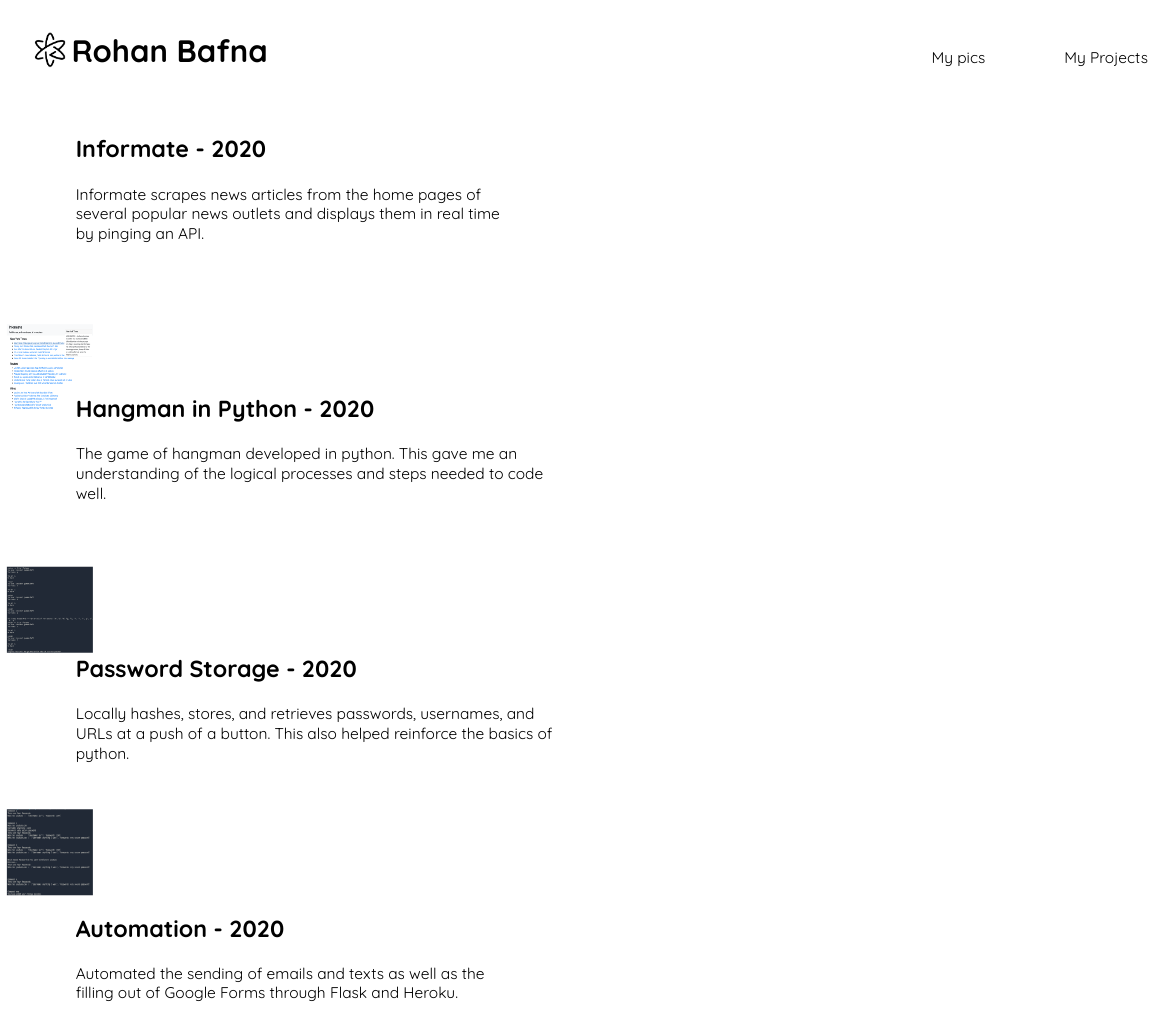
Repository: rbafna6507/rbafna6507.github.io
Page: projects.html
These files come from the project's save history. The page is drawn as it stood at one moment and after the next save; the edit follows.
The browser window is 1280 px wide. The page is 1357 px wide, so the pictures cover 1357 px, including what lies to the right of the window. The pictures show the whole page, at 86% of full size.

Above is the page before, as saved 2020-12-18 16:34:47.

After the next save:
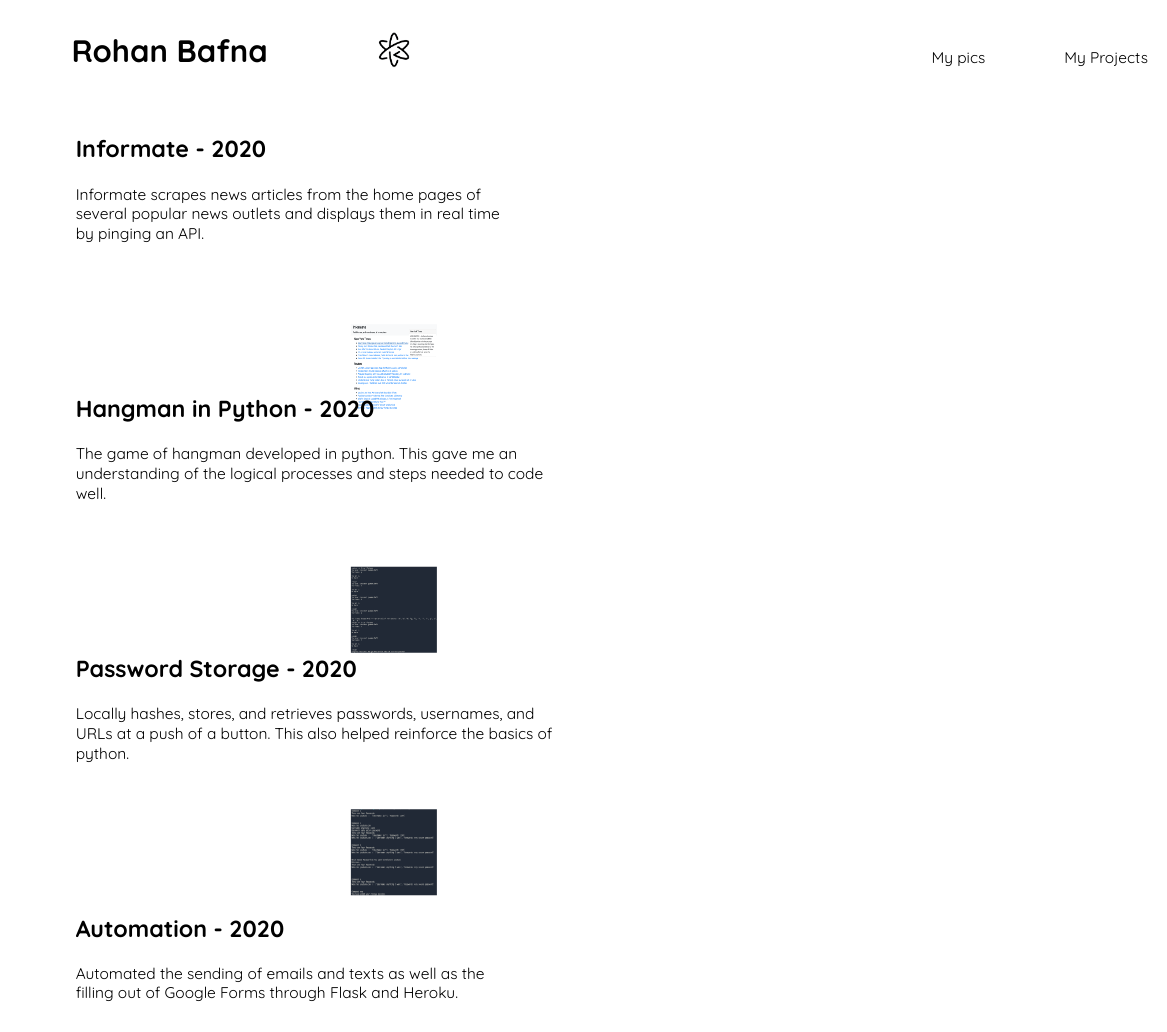
Saved 16 s later.
--- a/projects.css
+++ b/projects.css
@@ -116,6 +116,9 @@ ul{
   }
 
   img{
+    display: inline;
+    position: relative;
+    left: 400px;
     height: 100px;
     width: 100px;
   }
